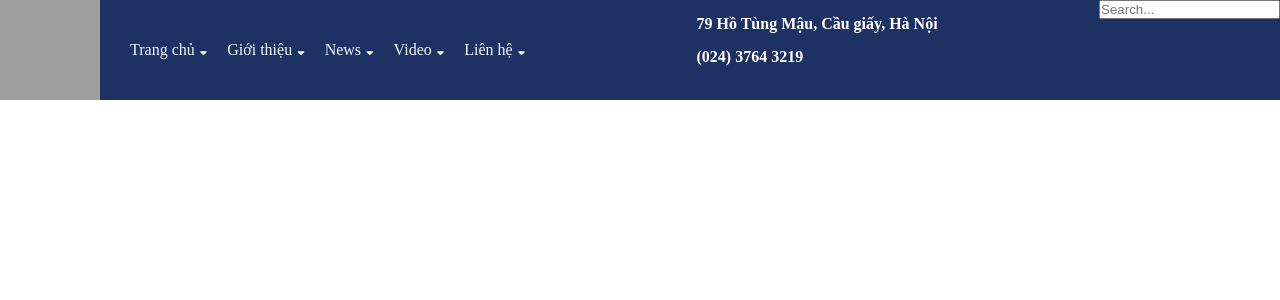
Repository: Luong-tung/newtopics
Page: index2.html
An editor plug-in stored every save of this project. The page is shown before and after the next save, followed by the edit.
The browser window is 1280 px wide. The pictures show the whole page.
Pictures or frames that could not be fetched are drawn as grey boxes. Some web libraries are served in a nearby version.

Above is the page before, as saved 2021-10-07 18:13:22.

After the next save:
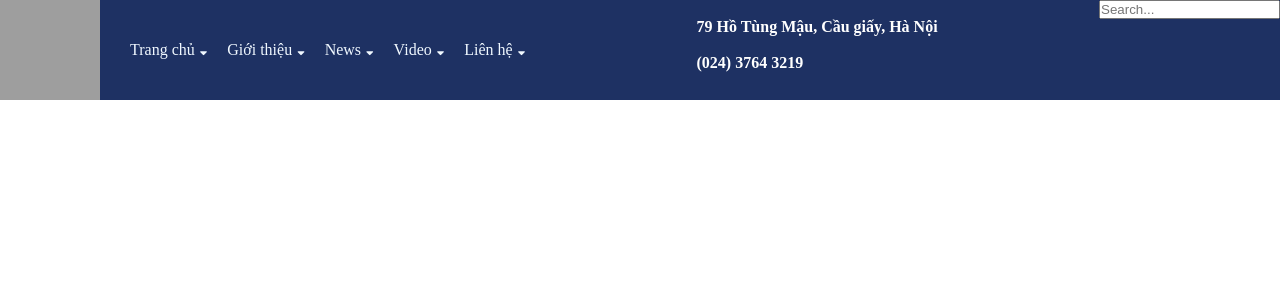
Saved 84 s later.
--- a/iu2.css
+++ b/iu2.css
@@ -43,7 +43,7 @@
 
 }
 .header .address p{
-    margin-top: 15px;
+    margin-top: 18px;
     color: #fff;
-    font-weight: bold;
+    font-weight: 600;
 }
